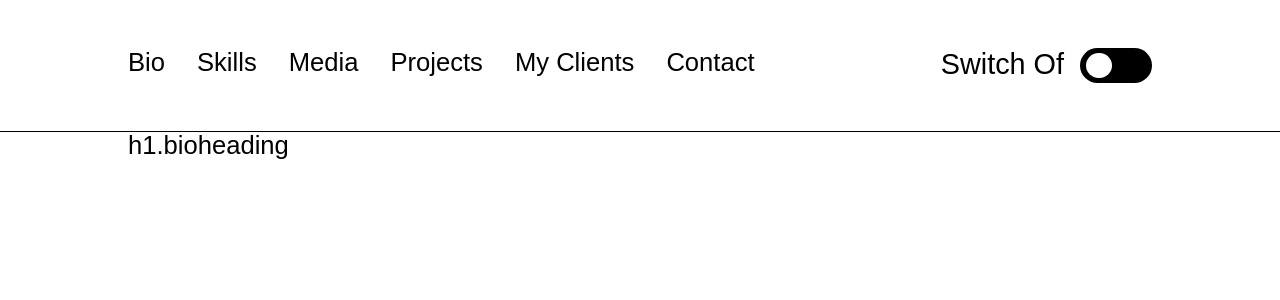
Repository: Eslam0Mohamed/portfolio
Page: index.html
The author's editor kept a copy of each file at every save. The page is drawn from the files as they stood at one save, then again after a run of saves.
The browser window is 1280 px wide. The pictures show the whole page.

Above is the page before, as saved 2024-07-13 23:20:03.

After the next 2 saves:
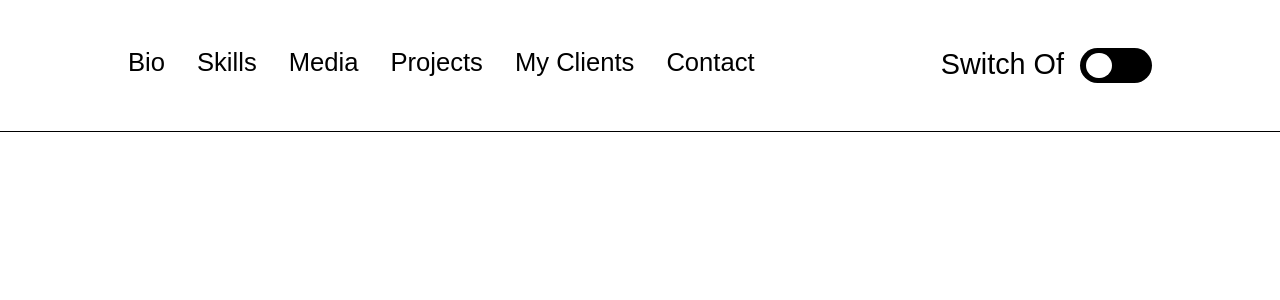
The 2 saves are shown as one change because they came seconds apart.
The last was saved 8 s later.
--- a/index.html
+++ b/index.html
@@ -34,7 +34,7 @@
             </div>
         </header>
         <section id="bio" class="bio">
-            h1.bioheading
+            <h1 class="bio__heading"></h1>
         </section>
     </div>
 </body>
